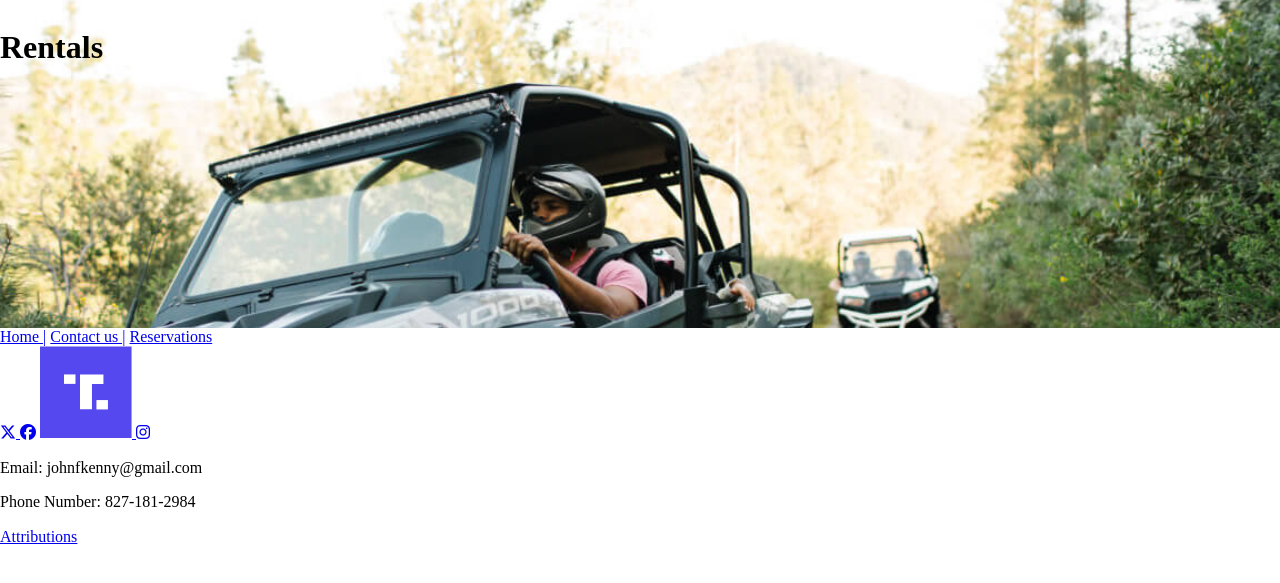
Repository: nak97/WDD230
Page: scoots/rentals-page/rentals-page.html
An editor plug-in stored every save of this project. The page is shown before and after the next save, followed by the edit.
The browser window is 1280 px wide. The pictures show the whole page.
Some web libraries are served in a nearby version.

Above is the page before, as saved 2023-12-10 17:57:04.

After the next save:
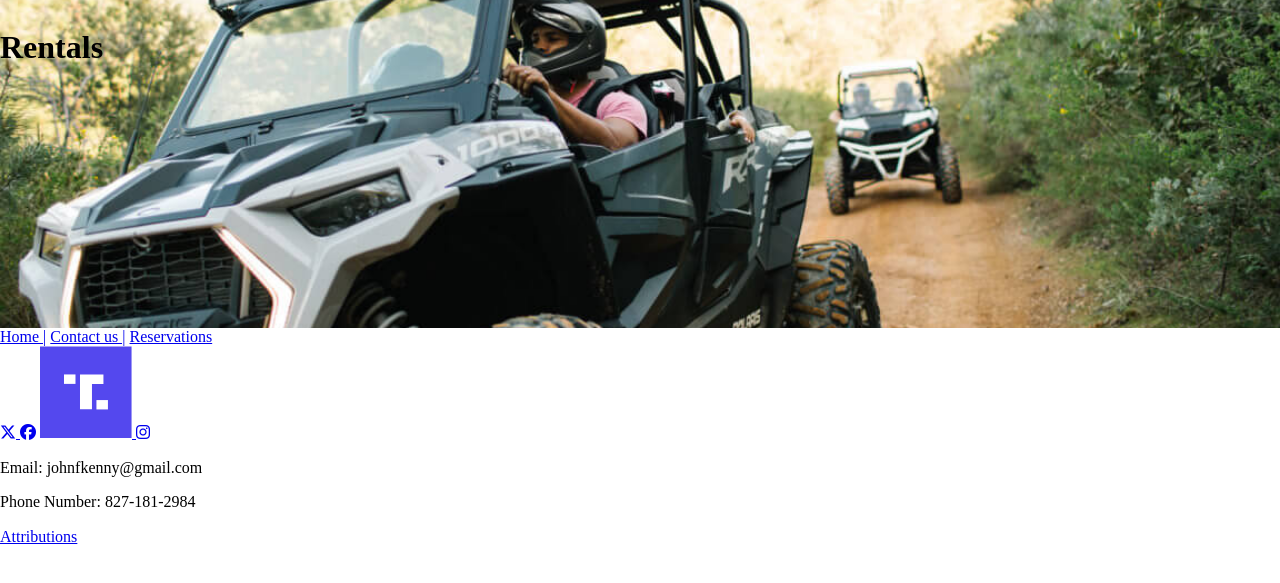
Saved 40 s later.
--- a/scoots/rentals-page/styles/base.css
+++ b/scoots/rentals-page/styles/base.css
@@ -2,7 +2,7 @@ header {
   background-image: url(../images/OHV-SEO-1152x768.jpg);
   background-repeat: no-repeat;
   height: 20rem;
-  background-position: 10% 35%;
+  background-position: 10% 67%;
   background-size: cover;
   margin-top: 0 ;
   padding-top: 0.5rem;
